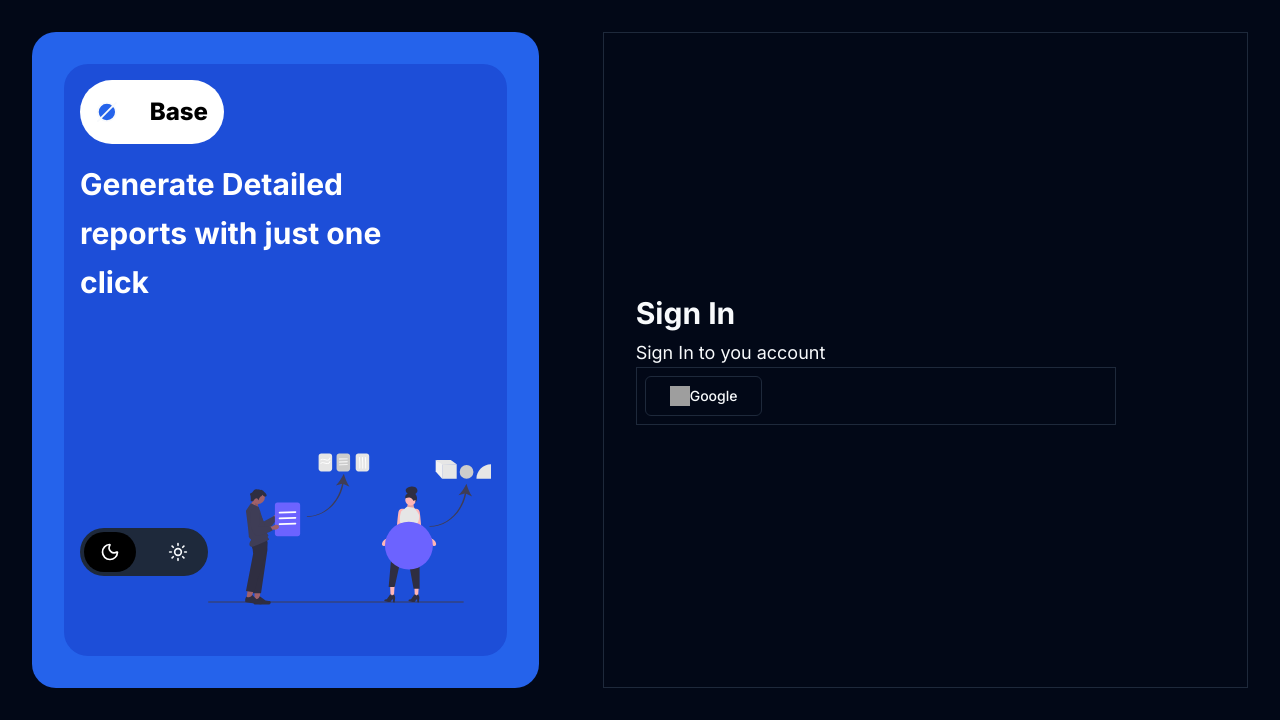
Repository: Hardyy00/openinapp_assignment
Page: /
These files come from the project's save history. The page is drawn as it stood at one moment and after a run of saves; the edit follows.
The browser window is 1280 px wide. The pictures show the whole page.
Pictures or frames that could not be fetched are drawn as grey boxes. The project was rebuilt for these pictures with package versions that can differ from the ones it lists, and the page was loaded fresh each time. The framework's server and built-in components were replaced by stand-ins that run in the browser. Also part of the build but not shown: next.config.mjs.

Above is the page before, as saved 2024-08-23 16:34:13.

After the next 2 saves:
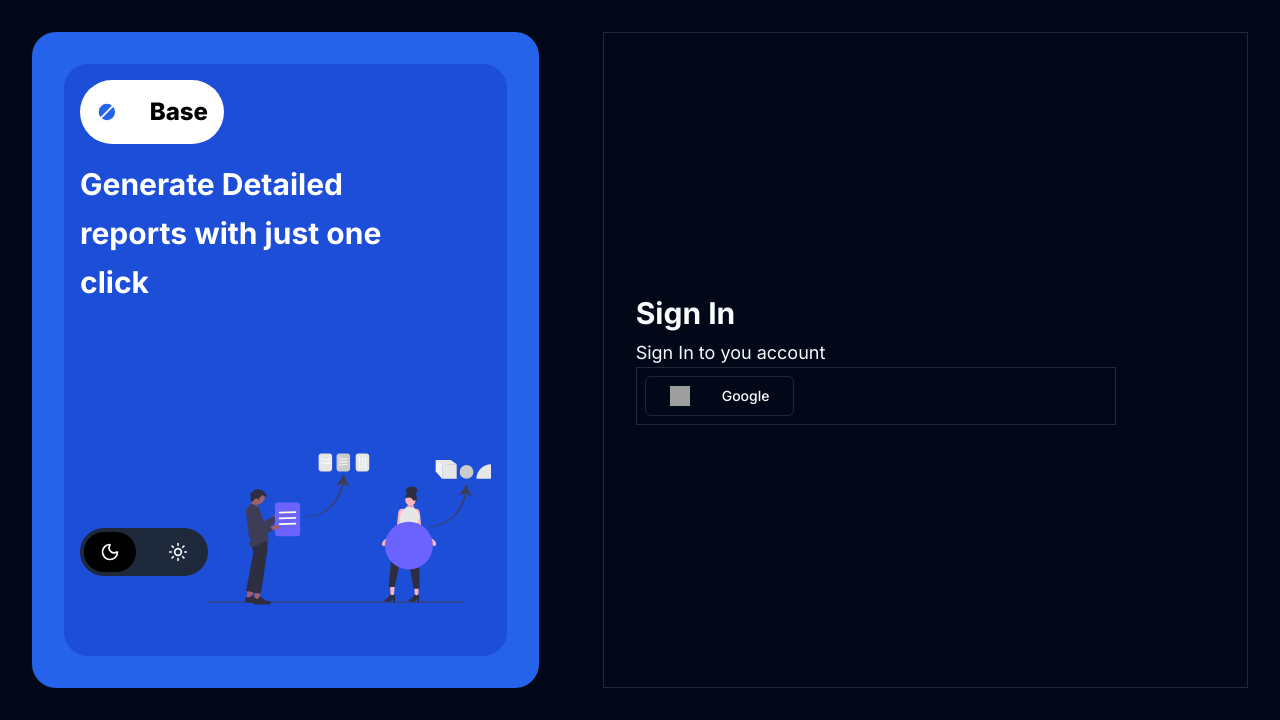
The 2 saves are shown as one change because they came seconds apart.
The last was saved 10 s later.
--- a/app/(auth)/page.tsx
+++ b/app/(auth)/page.tsx
@@ -13,7 +13,7 @@ export default function Page() {
 
           <div className="flex border p-2">
             <Button
-              className="flex items-center py-2 px-6 border"
+              className="flex items-center py-2 px-6 border space-x-8"
               variant={"ghost"}
             >
               <div className="w-5 h-5 relative">
